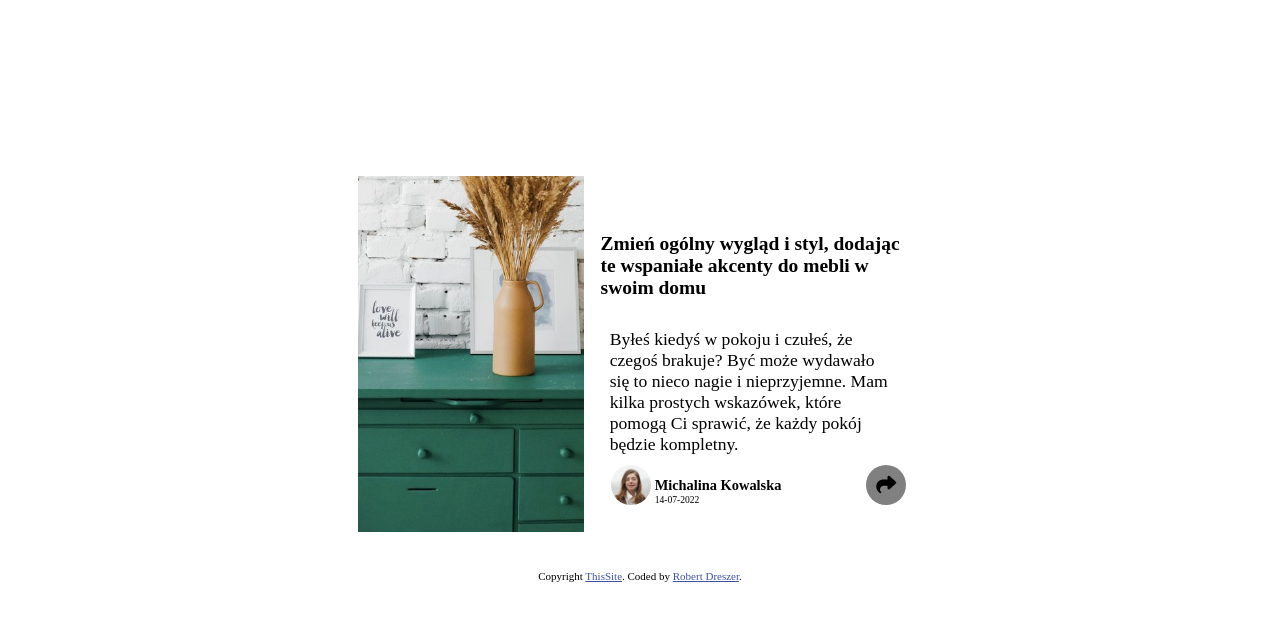
Repository: RobertDsr/komponent-podgl-du-produktu
Page: index.html
These files come from the project's save history. The page is drawn as it stood at one moment and after the next save; the edit follows.
The browser window is 1280 px wide. The pictures show the whole page.
Some web libraries are served in a nearby version. The style sheet was rebuilt from its Sass, Less or Tailwind sources for each picture, by a compiler version that may differ from the author's.

Above is the page before, as saved 2022-07-14 14:25:42.

After the next save:
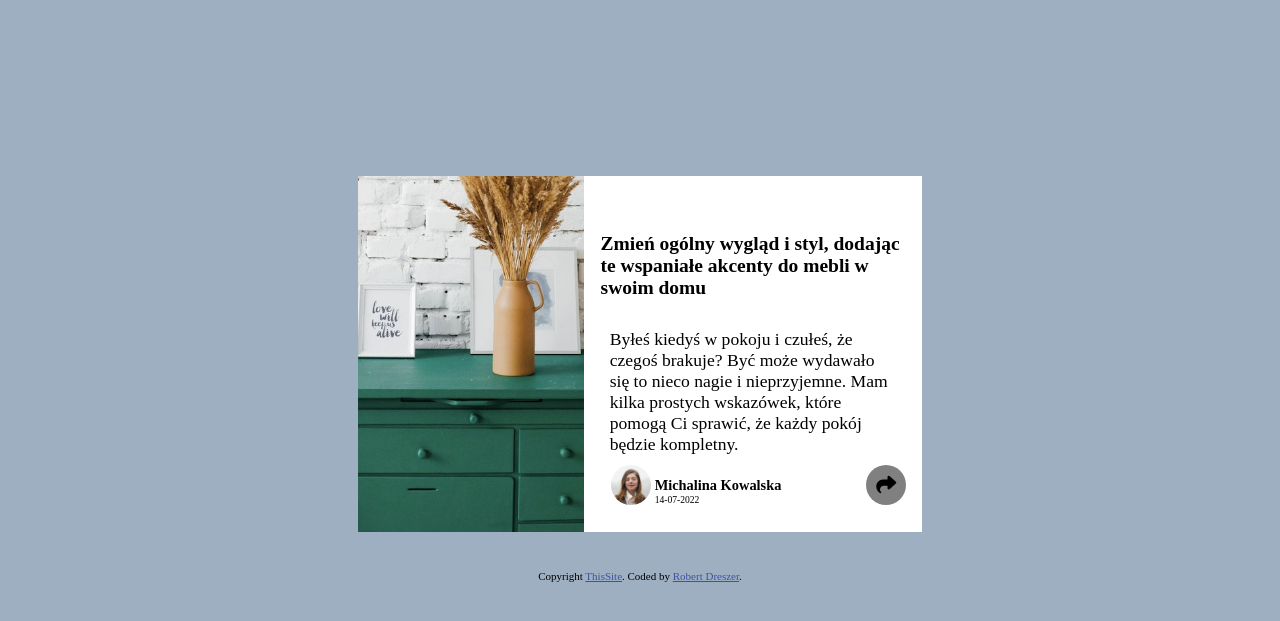
Saved 22 s later.
--- a/design/scss/main.scss
+++ b/design/scss/main.scss
@@ -15,7 +15,7 @@ body {
 
 .wrapper {
     align-items: center;
-    background-color: var();
+    background-color: var(--Grayish-Blue);
     display: flex;
     flex-direction: column;
     justify-content: center;
